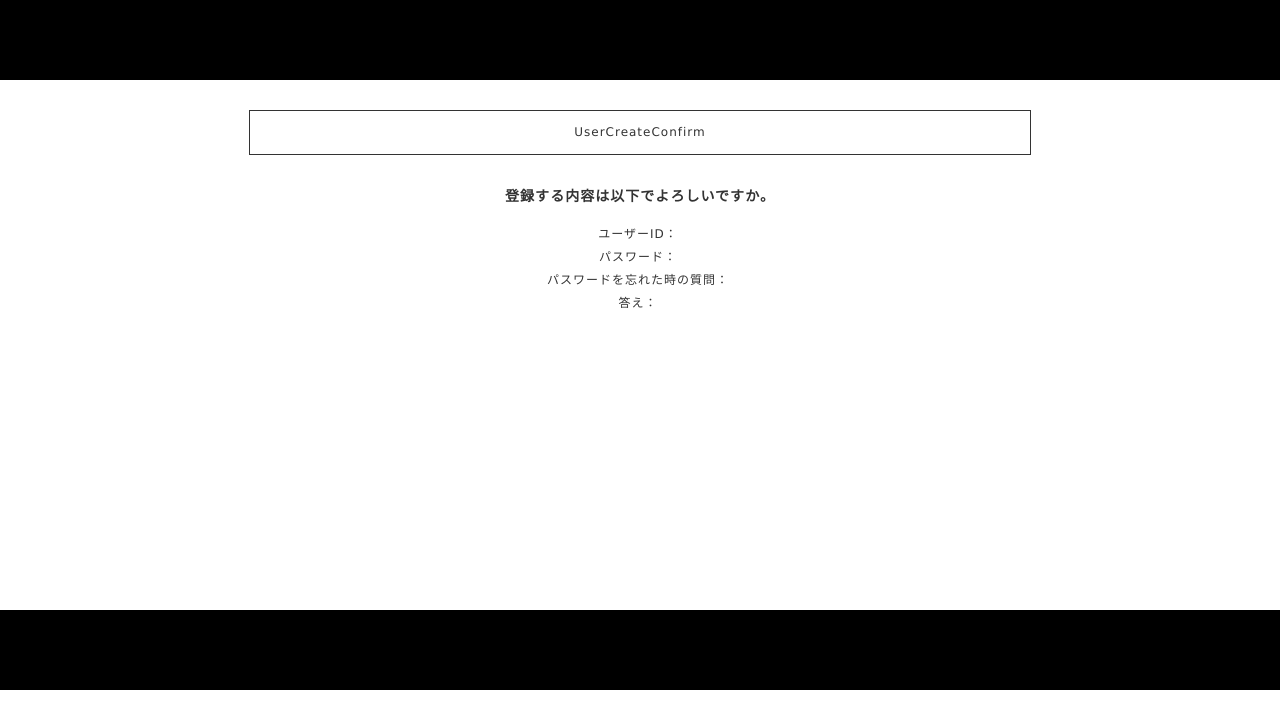
Repository: y321sudo/test2
Page: http://localhost/Yukazon/userCreateConfirm.jsp
An editor plug-in stored every save of this project. The page is shown before and after the next save, followed by the edit.
The browser window is 1280 px wide. The pictures show the whole page.
The page is served by Tomcat 9.

Above is the page before, as saved 2018-02-20 07:08:37.

After the next save:
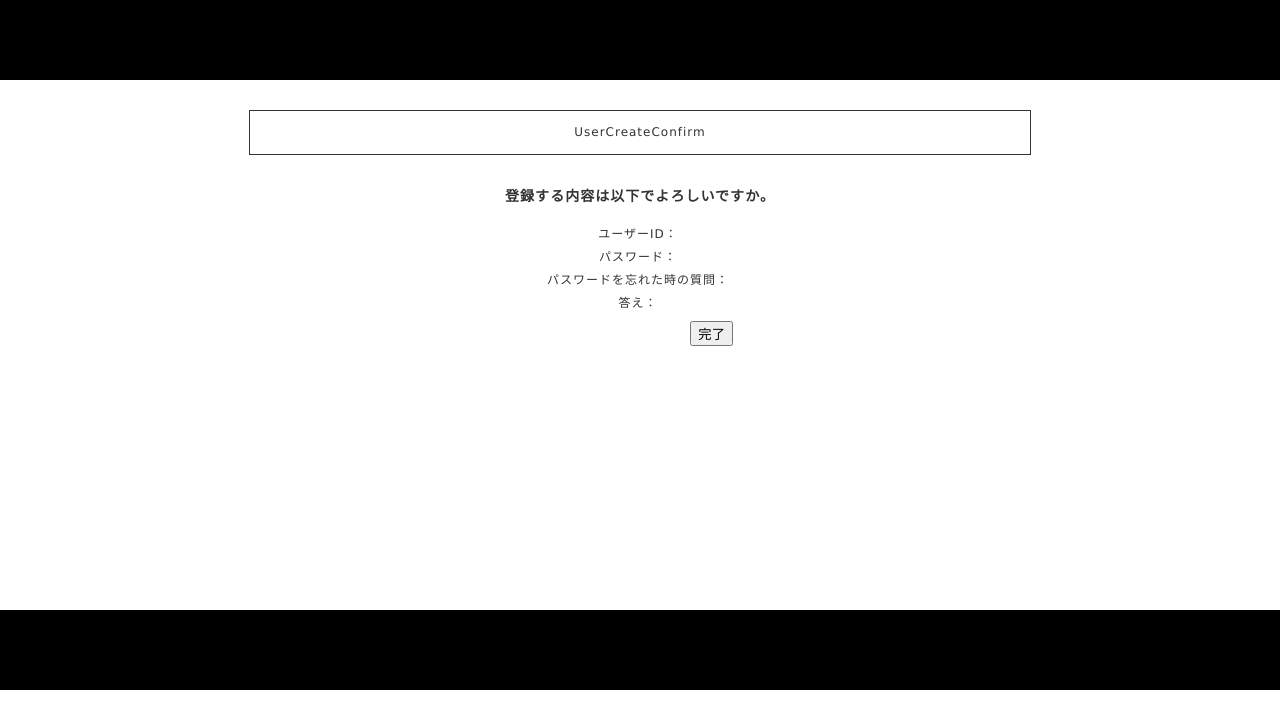
Saved 44 s later.
--- a/Yukazon/WebContent/userCreateConfirm.jsp
+++ b/Yukazon/WebContent/userCreateConfirm.jsp
@@ -107,6 +107,11 @@
 							<s:property value="secretAnswer" escape="false" />
 						</td>
 					</tr>
+					<tr>
+						<td>
+							<s:submit value="完了" />
+						</td>
+					</tr>
 				</s:form>
 			</table>
 		</div>
